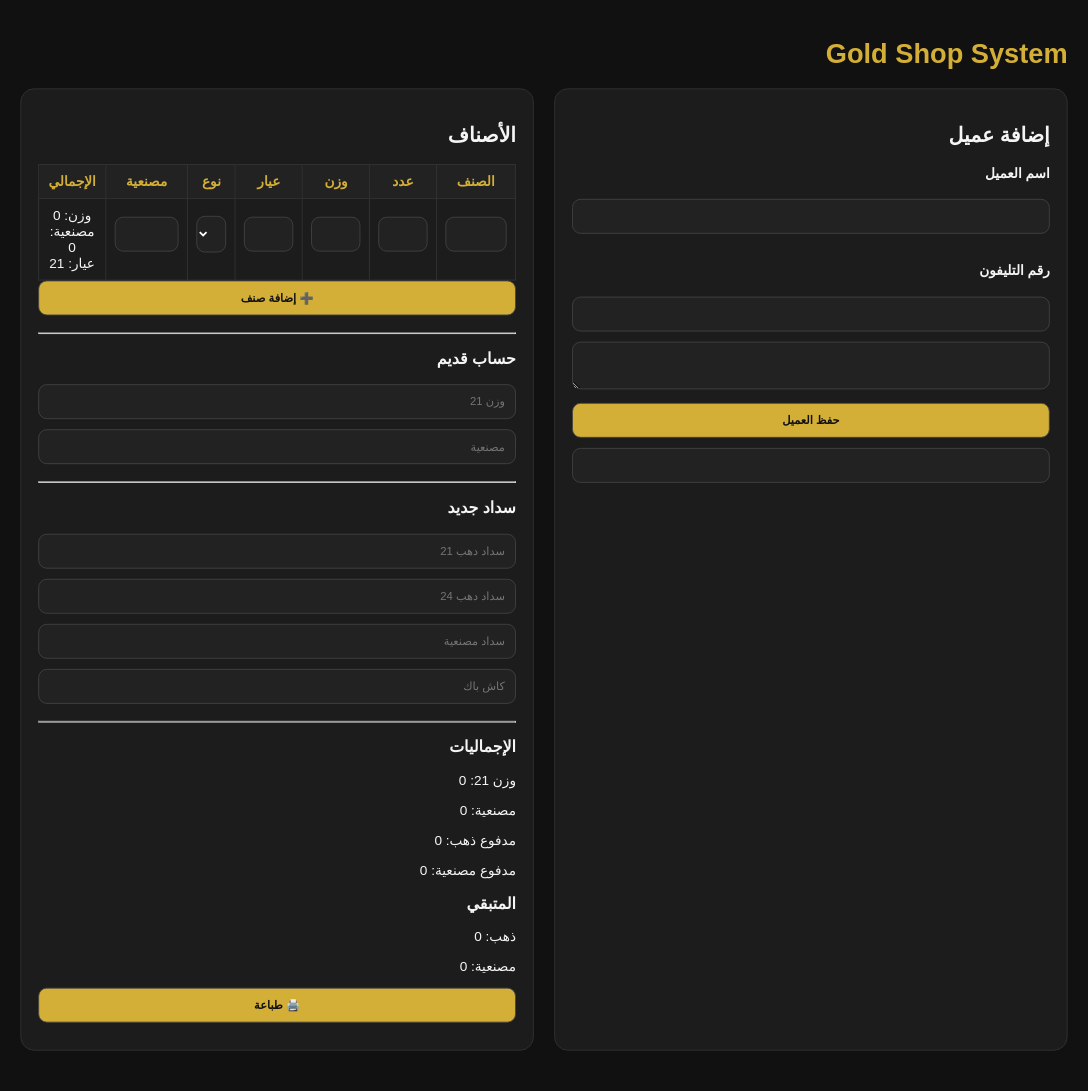
Repository: erineehab27/gold-shop
Page: /
An editor plug-in stored every save of this project. The page is shown before and after a run of saves, followed by the edit.
The browser window is 1280 px wide. The pictures show the whole page, at 85% of full size.
The project was rebuilt for these pictures with package versions that can differ from the ones it lists, and the page was loaded fresh each time. Also part of the build but not shown: vite.config.js, src/printpage.jsx.

Above is the page before, as saved 2026-05-11 12:32:19.

### index.html
<!doctype html>
<html lang="en">
  <head>
    <meta charset="UTF-8" />
    <link rel="icon" type="image/svg+xml" href="/favicon.svg" />
    <meta name="viewport" content="width=device-width, initial-scale=1.0" />
    <title>gold-shop-system</title>
  </head>
  <body>
    <div id="root"></div>
    <script type="module" src="/src/main.jsx"></script>
  </body>
</html>

### src/main.jsx
// import React from "react";
// import ReactDOM from "react-dom/client";
// import App from "./App.jsx";

// ReactDOM.createRoot(document.getElementById("root")).render(
//   <React.StrictMode>
//     <App />
//   </React.StrictMode>
// );





import React from "react";
import ReactDOM from "react-dom/client";
import App from "./App.jsx";
import PrintPage from "./printpage.jsx";
import { BrowserRouter, Routes, Route } from "react-router-dom";

ReactDOM.createRoot(document.getElementById("root")).render(
  <BrowserRouter>
    <Routes>
      <Route path="/" element={<App />} />
      <Route path="/print" element={<PrintPage />} />
    </Routes>
  </BrowserRouter>
);

### src/App.jsx


// import { useEffect, useState } from "react";
// import { useNavigate } from "react-router-dom";
// import "./App.css";

// export default function App() {
//   const navigate = useNavigate();
//   const [customers, setCustomers] = useState([]);
//   const [selectedCustomer, setSelectedCustomer] = useState(null);
//   const [search, setSearch] = useState("");

//   const [customerForm, setCustomerForm] = useState({
//     name: "",
//     phone: "",
//     notes: "",
//   });

//   const [invoices, setInvoices] = useState([]);

//   const [items, setItems] = useState([
//     { name: "", count: "", weight: "", karat: "", workmanship: "", type: "gram" }
//   ]);

//   const [oldGold, setOldGold] = useState("");
//   const [oldWorkmanship, setOldWorkmanship] = useState("");

//   const [payGold, setPayGold] = useState("");
//   const [payWorkmanshipNow, setPayWorkmanshipNow] = useState("");

//   useEffect(() => {
//     const savedCustomers = JSON.parse(localStorage.getItem("customers")) || [];
//     const savedInvoices = JSON.parse(localStorage.getItem("invoices")) || [];

//     setCustomers(savedCustomers);
//     setInvoices(savedInvoices);
//   }, []);

//   const fix = (num) => Number(Number(num).toFixed(2));

//   const addCustomer = (e) => {
//     e.preventDefault();
//     if (!customerForm.name) return alert("اكتب اسم العميل");

//     const newCustomer = { id: Date.now(), ...customerForm };
//     const updated = [...customers, newCustomer];

//     setCustomers(updated);
//     localStorage.setItem("customers", JSON.stringify(updated));

//     setCustomerForm({ name: "", phone: "", notes: "" });
//     alert("تم حفظ العميل ✅");
//   };

//   const handleSearch = (value) => {
//     setSearch(value);
//     const all = JSON.parse(localStorage.getItem("customers")) || [];

//     if (!value) return setCustomers(all);

//     const filtered = all.filter(
//       (c) =>
//         c.name.includes(value) ||
//         c.phone.includes(value) ||
//         String(c.id).includes(value)
//     );

//     setCustomers(filtered);
//   };

//   const handleItemChange = (index, field, value) => {
//     const updated = [...items];
//     updated[index][field] = value;
//     setItems(updated);
//   };

//   const addRow = () => {
//     setItems([
//       ...items,
//       { name: "", count: "", weight: "", karat: "", workmanship: "", type: "gram" }
//     ]);
//   };

//   // 🔥 الإجماليات (المعدلة فقط)
//   let totalWeight21 = 0;
//   let totalWorkmanship = 0;

//   items.forEach((item) => {
//     const count = Number(item.count || 0);
//     const weight = Number(item.weight || 0);
//     const karat = Number(item.karat || 0);
//     const workmanship = Number(item.workmanship || 0);

//     let itemWeight = count * weight;
//     let itemWork = 0;

//     if (item.type === "piece") {
//       itemWork = count * workmanship;
//     } else {
//       itemWork = itemWeight * workmanship;
//     }

//     // 🔥 التحويل الصح (هنا بس)
//     let weight21 = 0;

//     if (karat === 24) {
//       weight21 = (itemWeight * 999.9) / 875;
//     } else if (karat === 21) {
//       weight21 = itemWeight;
//     } else {
//       weight21 = (itemWeight * karat) / 875;
//     }

//     totalWeight21 += weight21;
//     totalWorkmanship += itemWork;
//   });

//   // حساب قديم
//   totalWeight21 += Number(oldGold || 0);
//   totalWorkmanship += Number(oldWorkmanship || 0);

//   // السداد
//   const customerInvoices = invoices.filter(
//     (inv) => inv.customer_id === selectedCustomer?.id
//   );

//   let paidGold = 0;
//   let paidWork = 0;

//   customerInvoices.forEach((inv) => {
//     paidGold += Number(inv.totalPaid21 || 0);
//     paidWork +=
//       Number(inv.workmanshipTotal || 0) -
//       Number(inv.remainingWorkmanship || 0);
//   });

//   const totalPaidGold = paidGold + Number(payGold || 0);
//   const totalPaidWork = paidWork + Number(payWorkmanshipNow || 0);

//   const remainingGold = fix(totalWeight21 - totalPaidGold);
//   const remainingWork = fix(totalWorkmanship - totalPaidWork);

//   return (
//     <div className="app">
//       <h1>Gold Shop System</h1>

//       <div className="grid">
//         {/* الشمال */}
//         <section className="card">
//           <h2>إضافة عميل</h2>

//           <form onSubmit={addCustomer}>
//             <label>اسم العميل</label>
//             <input
//               value={customerForm.name}
//               onChange={(e) =>
//                 setCustomerForm({ ...customerForm, name: e.target.value })
//               }
//             />

//             <label>رقم التليفون</label>
//             <input
//               value={customerForm.phone}
//               onChange={(e) =>
//                 setCustomerForm({ ...customerForm, phone: e.target.value })
//               }
//             />

//             <label>ملاحظات</label>
//             <textarea
//               value={customerForm.notes}
//               onChange={(e) =>
//                 setCustomerForm({ ...customerForm, notes: e.target.value })
//               }
//             />

//             <button>حفظ العميل</button>
//           </form>

//           <label>بحث</label>
//           <input value={search} onChange={(e) => handleSearch(e.target.value)} />

//           <div className="list">
//             {customers.map((c) => (
//               <div
//                 key={c.id}
//                 className="customer"
//                 onClick={() => setSelectedCustomer(c)}
//               >
//                 <strong>#{c.id} - {c.name}</strong>
//                 <span>{c.phone}</span>
//               </div>
//             ))}
//           </div>
//         </section>

//         {/* اليمين */}
//         <section className="card">
//           <h2>الأصناف</h2>

//           {selectedCustomer && <p>{selectedCustomer.name}</p>}

//           <table>
//             <thead>
//               <tr>
//                 <th>الصنف</th>
//                 <th>عدد</th>
//                 <th>وزن</th>
//                 <th>عيار</th>
//                 <th>نوع</th>
//                 <th>مصنعية</th>
//                 <th>الإجمالي</th>
//               </tr>
//             </thead>

//             <tbody>
//               {items.map((item, i) => {
//                 const count = Number(item.count || 0);
//                 const weight = Number(item.weight || 0);
//                 const karat = Number(item.karat || 0);
//                 const workmanship = Number(item.workmanship || 0);

//                 let itemWeight = count * weight;
//                 let itemWork = 0;

//                 if (item.type === "piece") {
//                   itemWork = count * workmanship;
//                 } else {
//                   itemWork = itemWeight * workmanship;
//                 }

//                 return (
//                   <tr key={i}>
//                     <td><input onChange={(e) => handleItemChange(i, "name", e.target.value)} /></td>
//                     <td><input onChange={(e) => handleItemChange(i, "count", e.target.value)} /></td>
//                     <td><input onChange={(e) => handleItemChange(i, "weight", e.target.value)} /></td>
//                     <td><input onChange={(e) => handleItemChange(i, "karat", e.target.value)} /></td>
//                     <td>
//                       <select onChange={(e) => handleItemChange(i, "type", e.target.value)}>
//                         <option value="gram">جرام</option>
//                         <option value="piece">قطعة</option>
//                       </select>
//                     </td>
//                     <td><input onChange={(e) => handleItemChange(i, "workmanship", e.target.value)} /></td>

//                     {/* ❗ متلمسناش هنا */}
//                     <td>
//                       وزن: {fix(itemWeight)} <br />
//                       مصنعية: {fix(itemWork)} <br />
//                       عيار: {karat === 24 ? "24" : "21"}
//                     </td>
//                   </tr>
//                 );
//               })}
//             </tbody>
//           </table>

//           <button onClick={addRow}>➕ إضافة صنف</button>

//           <hr />

//           <h3>حساب قديم</h3>
//           <input placeholder="وزن 21" onChange={(e) => setOldGold(e.target.value)} />
//           <input placeholder="مصنعية" onChange={(e) => setOldWorkmanship(e.target.value)} />

//           <hr />

//           <h3>سداد جديد</h3>
//           <input placeholder="سداد دهب 21" onChange={(e) => setPayGold(e.target.value)} />
//           <input placeholder="سداد مصنعية" onChange={(e) => setPayWorkmanshipNow(e.target.value)} />

//           <hr />

//           <h3>الإجماليات</h3>
//           <p>وزن 21: {fix(totalWeight21)}</p>
//           <p>مصنعية: {fix(totalWorkmanship)}</p>
//           <p>مدفوع ذهب: {fix(totalPaidGold)}</p>
//           <p>مدفوع مصنعية: {fix(totalPaidWork)}</p>

//           <h3>المتبقي</h3>
//           <p>ذهب: {remainingGold}</p>
//           <p>مصنعية: {remainingWork}</p>

//           {/* <button
//   onClick={() =>
//     navigate("/print", {
//       state: {
//         customer,
//         invoices
//       }
//     })
//   }
// >
//   🖨️ طباعة
// </button> */
// <button
//   onClick={() =>
//     navigate("/print", {
//       state: {
//         customer: selectedCustomer,
//         invoices: customerInvoices,
//         items: items, // 🔥 مهم
//         oldGold,
//         oldWorkmanship,
//         payGold,
//         payWorkmanshipNow
//       }
//     })
//   }
// >
//   🖨️ طباعة
// </button>
// }
//         </section>
//       </div>
//     </div>
//   );
// }
















import { useEffect, useState } from "react";
import { useNavigate } from "react-router-dom";
import "./App.css";

export default function App() {
  const navigate = useNavigate();
  const [customers, setCustomers] = useState([]);
  const [selectedCustomer, setSelectedCustomer] = useState(null);
  const [search, setSearch] = useState("");

  const [customerForm, setCustomerForm] = useState({
    name: "",
    phone: "",
    notes: "",
  });

  const [invoices, setInvoices] = useState([]);

  const [items, setItems] = useState([
    { name: "", count: "", weight: "", karat: "", workmanship: "", type: "gram" }
  ]);

  const [oldGold, setOldGold] = useState("");
  const [oldWorkmanship, setOldWorkmanship] = useState("");

  const [payGold, setPayGold] = useState("");
  const [payGold24, setPayGold24] = useState(""); // 🔥 جديد
  const [payWorkmanshipNow, setPayWorkmanshipNow] = useState("");
  const [cashBack, setCashBack] = useState("");   // 🔥 جديد

  useEffect(() => {
    const savedCustomers = JSON.parse(localStorage.getItem("customers")) || [];
    const savedInvoices = JSON.parse(localStorage.getItem("invoices")) || [];

    setCustomers(savedCustomers);
    setInvoices(savedInvoices);
  }, []);

  const fix = (num) => Number(Number(num).toFixed(2));

  const addCustomer = (e) => {
    e.preventDefault();
    if (!customerForm.name) return alert("اكتب اسم العميل");

    const newCustomer = { id: Date.now(), ...customerForm };
    const updated = [...customers, newCustomer];

    setCustomers(updated);
    localStorage.setItem("customers", JSON.stringify(updated));

    setCustomerForm({ name: "", phone: "", notes: "" });
    alert("تم حفظ العميل ✅");
  };

  const handleSearch = (value) => {
    setSearch(value);
    const all = JSON.parse(localStorage.getItem("customers")) || [];

    if (!value) return setCustomers(all);

    const filtered = all.filter(
      (c) =>
        c.name.includes(value) ||
        c.phone.includes(value) ||
        String(c.id).includes(value)
    );

    setCustomers(filtered);
  };

  const handleItemChange = (index, field, value) => {
    const updated = [...items];
    updated[index][field] = value;
    setItems(updated);
  };

  const addRow = () => {
    setItems([
      ...items,
      { name: "", count: "", weight: "", karat: "", workmanship: "", type: "gram" }
    ]);
  };

  // 🔥 الحساب (زي ما هو + تعديل التحويل فقط)
  let totalWeight21 = 0;
  let totalWorkmanship = 0;

  items.forEach((item) => {
    const count = Number(item.count || 0);
    const weight = Number(item.weight || 0);
    const karat = Number(item.karat || 0);
    const workmanship = Number(item.workmanship || 0);

    let itemWeight = count * weight;
    let itemWork = 0;

    if (item.type === "piece") {
      itemWork = count * workmanship;
    } else {
      itemWork = itemWeight * workmanship;
    }

    // 🔥 التحويل الصح
    let weight21 = 0;

    if (karat === 24) {
      weight21 = (itemWeight * 999.9) / 875;
    } else if (karat === 21) {
      weight21 = itemWeight;
    } else {
      weight21 = (itemWeight * karat) / 875;
    }

    totalWeight21 += weight21;
    totalWorkmanship += itemWork;
  });

  // حساب قديم
  totalWeight21 += Number(oldGold || 0);
  totalWorkmanship += Number(oldWorkmanship || 0);

  // السداد القديم
  const customerInvoices = invoices.filter(
    (inv) => inv.customer_id === selectedCustomer?.id
  );

  let paidGold = 0;
  let paidWork = 0;

  customerInvoices.forEach((inv) => {
    paidGold += Number(inv.totalPaid21 || 0);
    paidWork +=
      Number(inv.workmanshipTotal || 0) -
      Number(inv.remainingWorkmanship || 0);
  });

  // 🔥 تحويل سداد 24 → 21
  const payGold24_to21 = (Number(payGold24 || 0) * 999.9) / 875;

  const totalPaidGold =
    paidGold +
    Number(payGold || 0) +
    payGold24_to21;

  const totalPaidWork =
    paidWork +
    Number(payWorkmanshipNow || 0) +
    Number(cashBack || 0);

  const remainingGold = fix(totalWeight21 - totalPaidGold);
  const remainingWork = fix(totalWorkmanship - totalPaidWork);

  return (
    <div className="app">
      <h1>Gold Shop System</h1>

      <div className="grid">
        {/* الشمال */}
        <section className="card">
          <h2>إضافة عميل</h2>

          <form onSubmit={addCustomer}>
            <label> <h4>اسم العميل</h4></label>
            <input
              value={customerForm.name}
              onChange={(e) =>
                setCustomerForm({ ...customerForm, name: e.target.value })
              }
            />
            <label> <h4>رقم التليفون</h4></label>
            <input
              value={customerForm.phone}
              onChange={(e) =>
                setCustomerForm({ ...customerForm, phone: e.target.value })
              }
            />
            <textarea
              value={customerForm.notes}
              onChange={(e) =>
                setCustomerForm({ ...customerForm, notes: e.target.value })
              }
            />
            <button>حفظ العميل</button>
          </form>

          <input value={search} onChange={(e) => handleSearch(e.target.value)} />

          <div className="list">
            {customers.map((c) => (
              <div key={c.id} onClick={() => setSelectedCustomer(c)}>
                {c.name}
              </div>
            ))}
          </div>
        </section>

        {/* اليمين */}
        <section className="card">
          <h2>الأصناف</h2>

          {selectedCustomer && <p>{selectedCustomer.name}</p>}

          {/* ❗❗❗ الجزء دا متلمسش خالص زي ما هو */}
          <table>
            <thead>
              <tr>
                <th>الصنف</th>
                <th>عدد</th>
                <th>وزن</th>
                <th>عيار</th>
                <th>نوع</th>
                <th>مصنعية</th>
                <th>الإجمالي</th>
              </tr>
            </thead>

            <tbody>
              {items.map((item, i) => {
                const count = Number(item.count || 0);
                const weight = Number(item.weight || 0);
                const karat = Number(item.karat || 0);
                const workmanship = Number(item.workmanship || 0);

                let itemWeight = count * weight;
                let itemWork = 0;

                if (item.type === "piece") {
                  itemWork = count * workmanship;
                } else {
                  itemWork = itemWeight * workmanship;
                }

                return (
                  <tr key={i}>
                    <td><input onChange={(e) => handleItemChange(i, "name", e.target.value)} /></td>
                    <td><input onChange={(e) => handleItemChange(i, "count", e.target.value)} /></td>
                    <td><input onChange={(e) => handleItemChange(i, "weight", e.target.value)} /></td>
                    <td><input onChange={(e) => handleItemChange(i, "karat", e.target.value)} /></td>
                    <td>
                      <select onChange={(e) => handleItemChange(i, "type", e.target.value)}>
                        <option value="gram">جرام</option>
                        <option value="piece">قطعة</option>
                      </select>
                    </td>
                    <td><input onChange={(e) => handleItemChange(i, "workmanship", e.target.value)} /></td>
                    <td>
                      وزن: {fix(itemWeight)} <br />
                      مصنعية: {fix(itemWork)} <br />
                      عيار: {karat === 24 ? "24" : "21"}
                    </td>
                  </tr>
                );
              })}
            </tbody>
          </table>

          <button onClick={addRow}>➕ إضافة صنف</button>

          <hr />

          <h3>حساب قديم</h3>
          <input placeholder="وزن 21" onChange={(e) => setOldGold(e.target.value)} />
          <input placeholder="مصنعية" onChange={(e) => setOldWorkmanship(e.target.value)} />

          <hr />

          <h3>سداد جديد</h3>
          <input placeholder="سداد دهب 21" onChange={(e) => setPayGold(e.target.value)} />
          <input placeholder="سداد دهب 24" onChange={(e) => setPayGold24(e.target.value)} />
          <input placeholder="سداد مصنعية" onChange={(e) => setPayWorkmanshipNow(e.target.value)} />
          <input placeholder="كاش باك" onChange={(e) => setCashBack(e.target.value)} />

          <hr />

          <h3>الإجماليات</h3>
          <p>وزن 21: {fix(totalWeight21)}</p>
          <p>مصنعية: {fix(totalWorkmanship)}</p>
          <p>مدفوع ذهب: {fix(totalPaidGold)}</p>
          <p>مدفوع مصنعية: {fix(totalPaidWork)}</p>

          <h3>المتبقي</h3>
          <p>ذهب: {remainingGold}</p>
          <p>مصنعية: {remainingWork}</p>

          <button
            onClick={() =>
              navigate("/print", {
                state: {
                  customer: selectedCustomer,
                  invoices: customerInvoices,
                  items,
                  oldGold,
                  oldWorkmanship,
                  payGold,
                  payGold24,
                  payWorkmanshipNow,
                  cashBack
                }
              })
            }
          >
            🖨️ طباعة
          </button>
        </section>
      </div>
    </div>
  );
}

### src/App.css
body {
  margin: 0;
  font-family: Arial, sans-serif;
  background: #111;
  color: #f5f5f5;
  direction: rtl;
}

.app {
  padding: 24px;
}

h1 {
  color: #d4af37;
}

.grid {
  display: grid;
  grid-template-columns: 1fr 1fr;
  gap: 24px;
}

.card {
  background: #1c1c1c;
  border: 1px solid #333;
  border-radius: 16px;
  padding: 20px;
  margin-bottom: 24px;
}

input,
textarea,
select,
button {
  width: 100%;
  padding: 12px;
  margin-bottom: 12px;
  border-radius: 10px;
  border: 1px solid #444;
  box-sizing: border-box;
}

input,
textarea,
select {
  background: #222;
  color: white;
}

button {
  background: #d4af37;
  color: #111;
  font-weight: bold;
  cursor: pointer;
}

.customer {
  padding: 12px;
  background: #222;
  margin-bottom: 8px;
  border-radius: 10px;
  cursor: pointer;
}

.customer:hover {
  background: #333;
}

.customer span {
  display: block;
  color: #aaa;
  margin-top: 4px;
}

table {
  width: 100%;
  border-collapse: collapse;
  margin-top: 16px;
}

th,
td {
  border: 1px solid #333;
  padding: 10px;
  text-align: center;
}

th {
  background: #222;
  color: #d4af37;
}

.debt {
  color: #ff6b6b;
}

.credit {
  color: #4ade80;
}

After the next 4 saves:
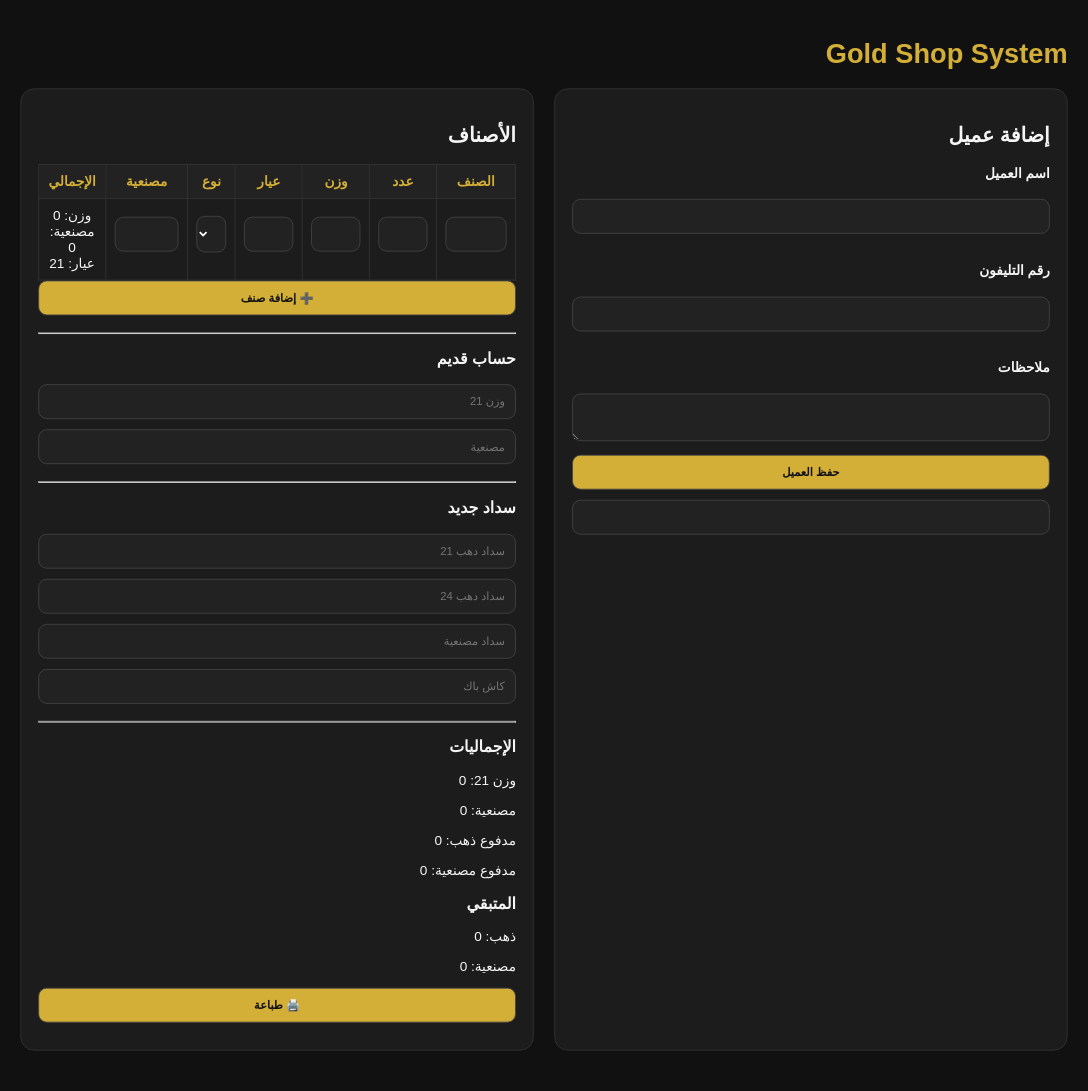
The 4 saves are shown as one change because 1 did not build or start and some came seconds apart.
The last was saved 28 s later.
--- a/src/App.jsx
+++ b/src/App.jsx
@@ -508,6 +508,7 @@ export default function App() {
                 setCustomerForm({ ...customerForm, phone: e.target.value })
               }
             />
+            <label><h4>ملاحظات</h4></label>
             <textarea
               value={customerForm.notes}
               onChange={(e) =>
